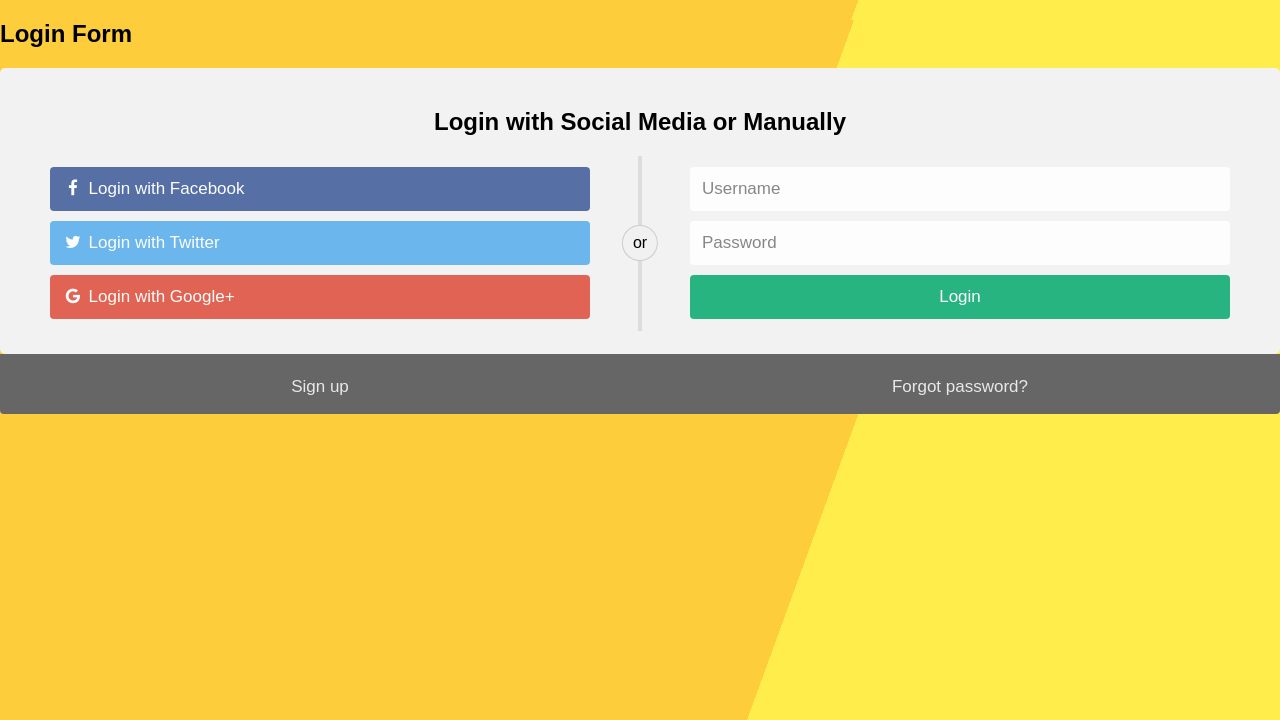
Repository: JohnRudolph1/Movie-Blog
Page: html/login.html
The author's editor kept a copy of each file at every save. The page is drawn from the files as they stood at one save, then again after the next save.
The browser window is 1280 px wide. The pictures show the whole page.

Above is the page before, as saved 2022-01-03 11:39:47.

After the next save:
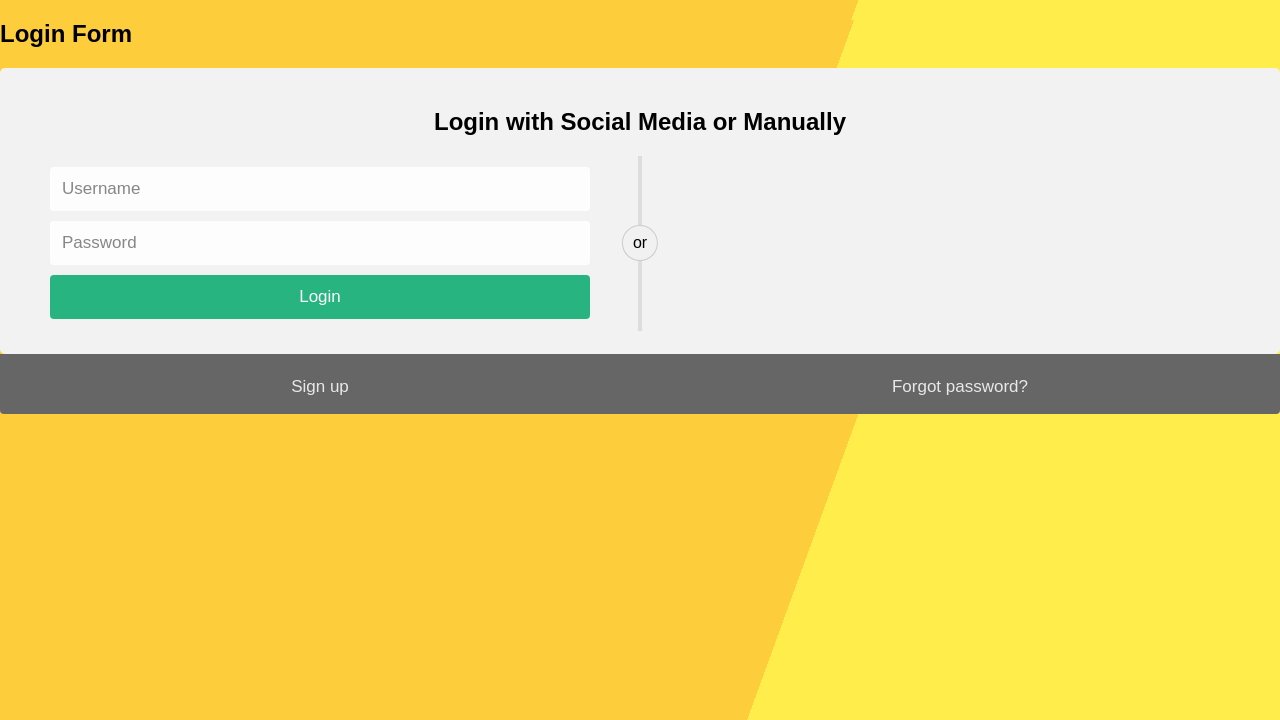
Saved 22 s later.
--- a/html/login.html
+++ b/html/login.html
@@ -19,17 +19,7 @@
         <span class="vl-innertext">or</span>
       </div>
 
-      <div class="col">
-        <a href="#" class="fb btn">
-          <i class="fa fa-facebook fa-fw"></i> Login with Facebook
-         </a>
-        <a href="#" class="twitter btn">
-          <i class="fa fa-twitter fa-fw"></i> Login with Twitter
-        </a>
-        <a href="#" class="google btn"><i class="fa fa-google fa-fw">
-          </i> Login with Google+
-        </a>
-      </div>
+
 
       <div class="col">
         <div class="hide-md-lg">
